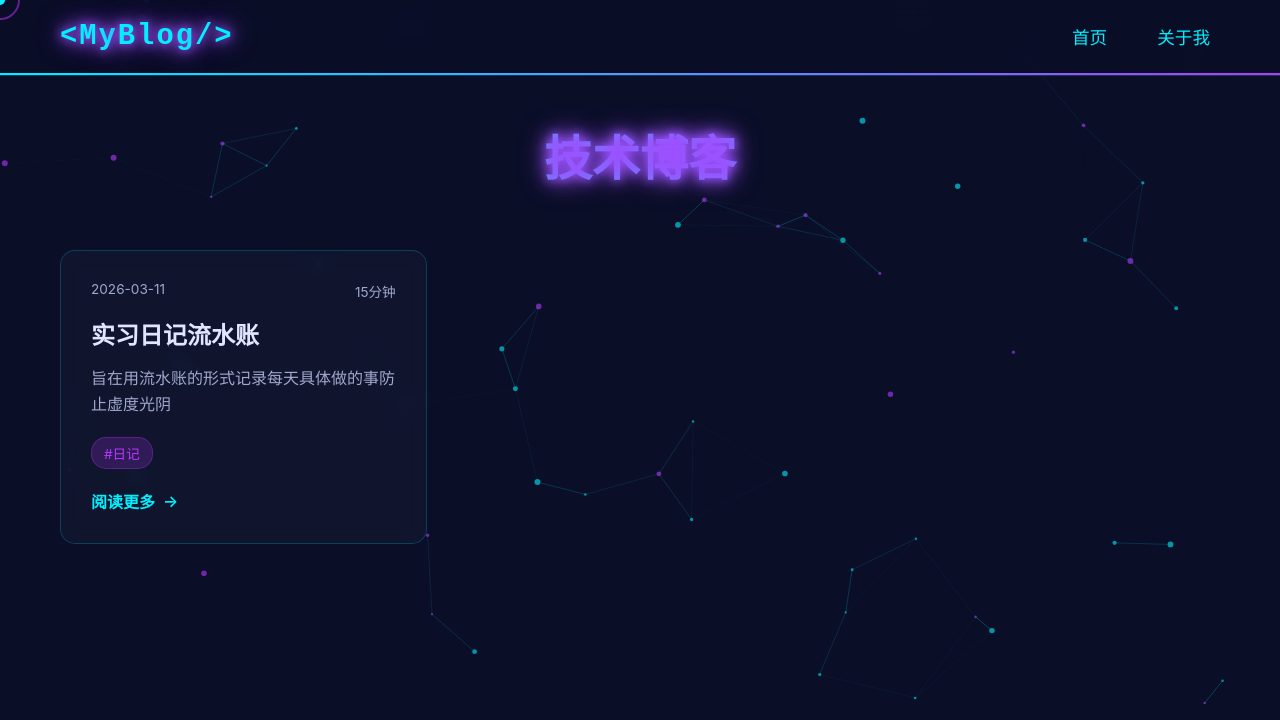
Repository: kyukiho/blog
Page: /
An editor plug-in stored every save of this project. The page is shown before and after the next save, followed by the edit.
The browser window is 1280 px wide. The pictures show the whole page.
The project was rebuilt for these pictures with package versions that can differ from the ones it lists, and the page was loaded fresh each time. Also part of the build but not shown: vite.config.js, src/components/BlogDetail.css, src/components/BlogDetail.jsx, src/components/About.css, src/components/About.jsx.

Above is the page before, as saved 2026-03-15 22:47:59.

### index.html
<!DOCTYPE html>
<html lang="zh-CN">
  <head>
    <meta charset="UTF-8" />
    <link rel="icon" type="image/svg+xml" href="/vite.svg" />
    <meta name="viewport" content="width=device-width, initial-scale=1.0" />
    <title>科技博客 - Tech Blog</title>
  </head>
  <body>
    <div id="root"></div>
    <script type="module" src="/src/main.jsx"></script>
  </body>
</html>

### src/App.jsx
import React, { useState, useEffect } from 'react'
import { BrowserRouter as Router, Routes, Route } from 'react-router-dom'
import { motion } from 'framer-motion'
import Header from './components/Header'
import BlogList from './components/BlogList'
import BlogDetail from './components/BlogDetail'
import About from './components/About'
import ParticleBackground from './components/ParticleBackground'
import MouseFollower from './components/MouseFollower'
import './App.css'

function App() {
  return (
    <Router>
      <div className="app">
        <ParticleBackground />
        <MouseFollower />
        <Header />
        <motion.main
          initial={{ opacity: 0 }}
          animate={{ opacity: 1 }}
          transition={{ duration: 0.5 }}
          className="main-content"
        >
          <Routes>
            <Route path="/" element={<BlogList />} />
            <Route path="/blog/:id" element={<BlogDetail />} />
            <Route path="/about" element={<About />} />
          </Routes>
        </motion.main>
      </div>
    </Router>
  )
}

export default App

### src/index.css
* {
  margin: 0;
  padding: 0;
  box-sizing: border-box;
}

:root {
  --bg-primary: #0a0e27;
  --bg-secondary: #151932;
  --text-primary: #e0e6ff;
  --text-secondary: #a0a8cc;
  --accent-cyan: #00f0ff;
  --accent-purple: #b537ff;
  --accent-pink: #ff006e;
  --gradient-1: linear-gradient(135deg, #00f0ff 0%, #b537ff 100%);
  --gradient-2: linear-gradient(135deg, #b537ff 0%, #ff006e 100%);
}

body {
  font-family: -apple-system, BlinkMacSystemFont, 'Segoe UI', 'Roboto', 'Oxygen',
    'Ubuntu', 'Cantarell', 'Fira Sans', 'Droid Sans', 'Helvetica Neue',
    sans-serif;
  -webkit-font-smoothing: antialiased;
  -moz-osx-font-smoothing: grayscale;
  background-color: var(--bg-primary);
  color: var(--text-primary);
  overflow-x: hidden;
}

code {
  font-family: source-code-pro, Menlo, Monaco, Consolas, 'Courier New',
    monospace;
}

a {
  color: var(--accent-cyan);
  text-decoration: none;
  transition: color 0.3s ease;
}

a:hover {
  color: var(--accent-purple);
}

/* Scrollbar Styling */
::-webkit-scrollbar {
  width: 10px;
}

::-webkit-scrollbar-track {
  background: var(--bg-secondary);
}

::-webkit-scrollbar-thumb {
  background: var(--accent-purple);
  border-radius: 5px;
}

::-webkit-scrollbar-thumb:hover {
  background: var(--accent-cyan);
}

/* Selection */
::selection {
  background: var(--accent-purple);
  color: white;
}

/* Code Highlighting */
.hljs {
  background: var(--bg-secondary) !important;
  padding: 1.5rem !important;
  border-radius: 10px;
  overflow-x: auto;
}

### src/components/Header.jsx
import React from 'react'
import { Link } from 'react-router-dom'
import { motion } from 'framer-motion'
import './Header.css'

const Header = () => {
  return (
    <motion.header
      className="header"
      initial={{ y: -100 }}
      animate={{ y: 0 }}
      transition={{ duration: 0.5, type: 'spring' }}
    >
      <div className="header-content">
        <Link to="/" className="logo">
          <motion.span
            className="logo-text glow"
            whileHover={{ scale: 1.05 }}
            whileTap={{ scale: 0.95 }}
          >
            &lt;My<span className="logo-accent">Blog</span>/&gt;
          </motion.span>
        </Link>
        <nav className="nav">
          <motion.div
            whileHover={{ scale: 1.1 }}
            whileTap={{ scale: 0.9 }}
          >
            <Link to="/" className="nav-link">首页</Link>
          </motion.div>
          <motion.div
            whileHover={{ scale: 1.1 }}
            whileTap={{ scale: 0.9 }}
          >
            <Link to="/about" className="nav-link">关于我</Link>
          </motion.div>
        </nav>
      </div>
      <div className="header-line"></div>
    </motion.header>
  )
}

export default Header

### src/components/BlogList.jsx
import React, { useState, useEffect } from 'react'
import { Link } from 'react-router-dom'
import { motion } from 'framer-motion'
import './BlogList.css'

const BlogList = () => {
  const [blogs, setBlogs] = useState([])

  useEffect(() => {
    // 模拟加载博客列表
    const blogData = [
      {
        id: 'liushuizhang',
        title: '实习日记流水账',
        excerpt: '旨在用流水账的形式记录每天具体做的事防止虚度光阴',
        date: '2026-03-11',
        tags: [ '日记'],
        readTime: '15分钟'
      },
    ]
    setBlogs(blogData)
  }, [])

  const container = {
    hidden: { opacity: 0 },
    show: {
      opacity: 1,
      transition: {
        staggerChildren: 0.2
      }
    }
  }

  const item = {
    hidden: { opacity: 0, y: 20 },
    show: { opacity: 1, y: 0 }
  }

  return (
    <div className="blog-list">
      <motion.h1
        className="page-title glow"
        initial={{ opacity: 0, y: -50 }}
        animate={{ opacity: 1, y: 0 }}
        transition={{ duration: 0.8 }}
      >
        技术博客
      </motion.h1>
      <motion.div
        className="blog-grid"
        variants={container}
        initial="hidden"
        animate="show"
      >
        {blogs.map((blog) => (
          <motion.div
            key={blog.id}
            variants={item}
            whileHover={{ scale: 1.03 }}
            className="blog-card hover-lift"
          >
            <Link to={`/blog/${blog.id}`}>
              <div className="blog-card-header">
                <div className="blog-date">{blog.date}</div>
                <div className="blog-read-time">{blog.readTime}</div>
              </div>
              <h2 className="blog-title">{blog.title}</h2>
              <p className="blog-excerpt">{blog.excerpt}</p>
              <div className="blog-tags">
                {blog.tags.map((tag, index) => (
                  <span key={index} className="tag">#{tag}</span>
                ))}
              </div>
              <div className="read-more">
                阅读更多 <span className="arrow">→</span>
              </div>
            </Link>
          </motion.div>
        ))}
      </motion.div>
    </div>
  )
}

export default BlogList

### src/components/ParticleBackground.jsx
import React, { useEffect, useRef } from 'react'
import './ParticleBackground.css'

const ParticleBackground = () => {
  const canvasRef = useRef(null)

  useEffect(() => {
    const canvas = canvasRef.current
    const ctx = canvas.getContext('2d')
    let animationFrameId
    let particles = []

    // 设置画布大小
    const resizeCanvas = () => {
      canvas.width = window.innerWidth
      canvas.height = window.innerHeight
    }
    resizeCanvas()
    window.addEventListener('resize', resizeCanvas)

    // 粒子类
    class Particle {
      constructor() {
        this.x = Math.random() * canvas.width
        this.y = Math.random() * canvas.height
        this.size = Math.random() * 2 + 1
        this.speedX = Math.random() * 0.5 - 0.25
        this.speedY = Math.random() * 0.5 - 0.25
        this.color = Math.random() > 0.5 ? '#00f0ff' : '#b537ff'
      }

      update() {
        this.x += this.speedX
        this.y += this.speedY

        if (this.x > canvas.width) this.x = 0
        if (this.x < 0) this.x = canvas.width
        if (this.y > canvas.height) this.y = 0
        if (this.y < 0) this.y = canvas.height
      }

      draw() {
        ctx.fillStyle = this.color
        ctx.beginPath()
        ctx.arc(this.x, this.y, this.size, 0, Math.PI * 2)
        ctx.fill()
      }
    }

    // 初始化粒子
    const initParticles = () => {
      particles = []
      const particleCount = Math.floor((canvas.width * canvas.height) / 15000)
      for (let i = 0; i < particleCount; i++) {
        particles.push(new Particle())
      }
    }
    initParticles()

    // 连接粒子
    const connectParticles = () => {
      for (let i = 0; i < particles.length; i++) {
        for (let j = i + 1; j < particles.length; j++) {
          const dx = particles[i].x - particles[j].x
          const dy = particles[i].y - particles[j].y
          const distance = Math.sqrt(dx * dx + dy * dy)

          if (distance < 120) {
            ctx.strokeStyle = `rgba(0, 240, 255, ${1 - distance / 120})`
            ctx.lineWidth = 0.5
            ctx.beginPath()
            ctx.moveTo(particles[i].x, particles[i].y)
            ctx.lineTo(particles[j].x, particles[j].y)
            ctx.stroke()
          }
        }
      }
    }

    // 动画循环
    const animate = () => {
      ctx.clearRect(0, 0, canvas.width, canvas.height)

      particles.forEach(particle => {
        particle.update()
        particle.draw()
      })

      connectParticles()
      animationFrameId = requestAnimationFrame(animate)
    }
    animate()

    return () => {
      window.removeEventListener('resize', resizeCanvas)
      cancelAnimationFrame(animationFrameId)
    }
  }, [])

  return <canvas ref={canvasRef} className="particle-canvas" />
}

export default ParticleBackground

### src/components/MouseFollower.jsx
import React, { useEffect, useRef } from 'react'
import './MouseFollower.css'

const MouseFollower = () => {
  const followerRef = useRef(null)
  const cursorRef = useRef(null)
  const mousePos = useRef({ x: 0, y: 0 })
  const followerPos = useRef({ x: 0, y: 0 })

  useEffect(() => {
    const handleMouseMove = (e) => {
      mousePos.current = { x: e.clientX, y: e.clientY }

      if (cursorRef.current) {
        cursorRef.current.style.left = `${e.clientX}px`
        cursorRef.current.style.top = `${e.clientY}px`
      }
    }

    const animate = () => {
      // 平滑跟随效果
      followerPos.current.x += (mousePos.current.x - followerPos.current.x) * 0.1
      followerPos.current.y += (mousePos.current.y - followerPos.current.y) * 0.1

      if (followerRef.current) {
        followerRef.current.style.left = `${followerPos.current.x}px`
        followerRef.current.style.top = `${followerPos.current.y}px`
      }

      requestAnimationFrame(animate)
    }

    window.addEventListener('mousemove', handleMouseMove)
    animate()

    // 鼠标悬停在可点击元素上时的效果
    const handleMouseEnter = () => {
      if (followerRef.current) {
        followerRef.current.style.transform = 'translate(-50%, -50%) scale(1.5)'
      }
    }

    const handleMouseLeave = () => {
      if (followerRef.current) {
        followerRef.current.style.transform = 'translate(-50%, -50%) scale(1)'
      }
    }

    const clickableElements = document.querySelectorAll('a, button, .blog-card')
    clickableElements.forEach(el => {
      el.addEventListener('mouseenter', handleMouseEnter)
      el.addEventListener('mouseleave', handleMouseLeave)
    })

    return () => {
      window.removeEventListener('mousemove', handleMouseMove)
      clickableElements.forEach(el => {
        el.removeEventListener('mouseenter', handleMouseEnter)
        el.removeEventListener('mouseleave', handleMouseLeave)
      })
    }
  }, [])

  return (
    <>
      <div ref={cursorRef} className="mouse-cursor"></div>
      <div ref={followerRef} className="mouse-follower"></div>
    </>
  )
}

export default MouseFollower

### src/App.css
.app {
  min-height: 100vh;
  position: relative;
}

.main-content {
  position: relative;
  z-index: 10;
  max-width: 1200px;
  margin: 0 auto;
  padding: 100px 20px 50px;
}

/* Glowing effect */
.glow {
  animation: glow 2s ease-in-out infinite alternate;
}

@keyframes glow {
  from {
    text-shadow: 0 0 5px #00f0ff, 0 0 10px #00f0ff, 0 0 15px #00f0ff;
  }
  to {
    text-shadow: 0 0 10px #b537ff, 0 0 20px #b537ff, 0 0 30px #b537ff;
  }
}

/* Hover effects */
.hover-lift {
  transition: transform 0.3s ease, box-shadow 0.3s ease;
}

.hover-lift:hover {
  transform: translateY(-5px);
  box-shadow: 0 10px 30px rgba(181, 55, 255, 0.3);
}

### src/components/Header.css
.header {
  position: fixed;
  top: 0;
  left: 0;
  right: 0;
  z-index: 1000;
  background: rgba(10, 14, 39, 0.8);
  backdrop-filter: blur(10px);
  border-bottom: 1px solid rgba(0, 240, 255, 0.2);
}

.header-content {
  max-width: 1200px;
  margin: 0 auto;
  padding: 20px;
  display: flex;
  justify-content: space-between;
  align-items: center;
}

.logo-text {
  font-size: 1.8rem;
  font-weight: 700;
  font-family: 'Courier New', monospace;
  letter-spacing: 2px;
}

.logo-accent {
  color: var(--accent-cyan);
}

.nav {
  display: flex;
  gap: 30px;
}

.nav-link {
  font-size: 1.1rem;
  font-weight: 500;
  position: relative;
  padding: 5px 10px;
}

.nav-link::after {
  content: '';
  position: absolute;
  bottom: 0;
  left: 0;
  width: 0;
  height: 2px;
  background: var(--gradient-1);
  transition: width 0.3s ease;
}

.nav-link:hover::after {
  width: 100%;
}

.header-line {
  height: 2px;
  background: var(--gradient-1);
  width: 0;
  animation: expandLine 1s ease-out 0.5s forwards;
}

@keyframes expandLine {
  to {
    width: 100%;
  }
}

### src/components/BlogList.css
.blog-list {
  padding: 20px 0;
}

.page-title {
  font-size: 3rem;
  text-align: center;
  margin-bottom: 60px;
  background: var(--gradient-1);
  -webkit-background-clip: text;
  -webkit-text-fill-color: transparent;
  background-clip: text;
}

.blog-grid {
  display: grid;
  grid-template-columns: repeat(auto-fill, minmax(350px, 1fr));
  gap: 30px;
}

.blog-card {
  background: rgba(21, 25, 50, 0.6);
  border-radius: 15px;
  padding: 30px;
  border: 1px solid rgba(0, 240, 255, 0.2);
  backdrop-filter: blur(10px);
  cursor: pointer;
  position: relative;
  overflow: hidden;
}

.blog-card::before {
  content: '';
  position: absolute;
  top: 0;
  left: -100%;
  width: 100%;
  height: 100%;
  background: linear-gradient(90deg, transparent, rgba(0, 240, 255, 0.1), transparent);
  transition: left 0.5s;
}

.blog-card:hover::before {
  left: 100%;
}

.blog-card-header {
  display: flex;
  justify-content: space-between;
  margin-bottom: 15px;
  font-size: 0.85rem;
  color: var(--text-secondary);
}

.blog-title {
  font-size: 1.5rem;
  margin-bottom: 15px;
  color: var(--text-primary);
  transition: color 0.3s;
}

.blog-card:hover .blog-title {
  color: var(--accent-cyan);
}

.blog-excerpt {
  color: var(--text-secondary);
  line-height: 1.6;
  margin-bottom: 20px;
}

.blog-tags {
  display: flex;
  flex-wrap: wrap;
  gap: 10px;
  margin-bottom: 20px;
}

.tag {
  background: rgba(181, 55, 255, 0.2);
  color: var(--accent-purple);
  padding: 5px 12px;
  border-radius: 15px;
  font-size: 0.85rem;
  border: 1px solid rgba(181, 55, 255, 0.3);
}

.read-more {
  color: var(--accent-cyan);
  font-weight: 600;
  display: flex;
  align-items: center;
  gap: 8px;
}

.arrow {
  transition: transform 0.3s;
  display: inline-block;
}

.blog-card:hover .arrow {
  transform: translateX(5px);
}

### src/components/ParticleBackground.css
.particle-canvas {
  position: fixed;
  top: 0;
  left: 0;
  width: 100%;
  height: 100%;
  z-index: 1;
  pointer-events: none;
  opacity: 0.6;
}

### src/components/MouseFollower.css
.mouse-cursor {
  position: fixed;
  width: 10px;
  height: 10px;
  border-radius: 50%;
  background: var(--accent-cyan);
  pointer-events: none;
  z-index: 9999;
  transform: translate(-50%, -50%);
  mix-blend-mode: screen;
  transition: width 0.3s, height 0.3s;
}

.mouse-follower {
  position: fixed;
  width: 40px;
  height: 40px;
  border: 2px solid var(--accent-purple);
  border-radius: 50%;
  pointer-events: none;
  z-index: 9998;
  transform: translate(-50%, -50%);
  transition: transform 0.3s ease;
  opacity: 0.5;
}

/* 隐藏默认光标 */
body,
a,
button,
.blog-card {
  cursor: none !important;
}

Loaded but not shown: src/main.jsx (common file)

After the next save:
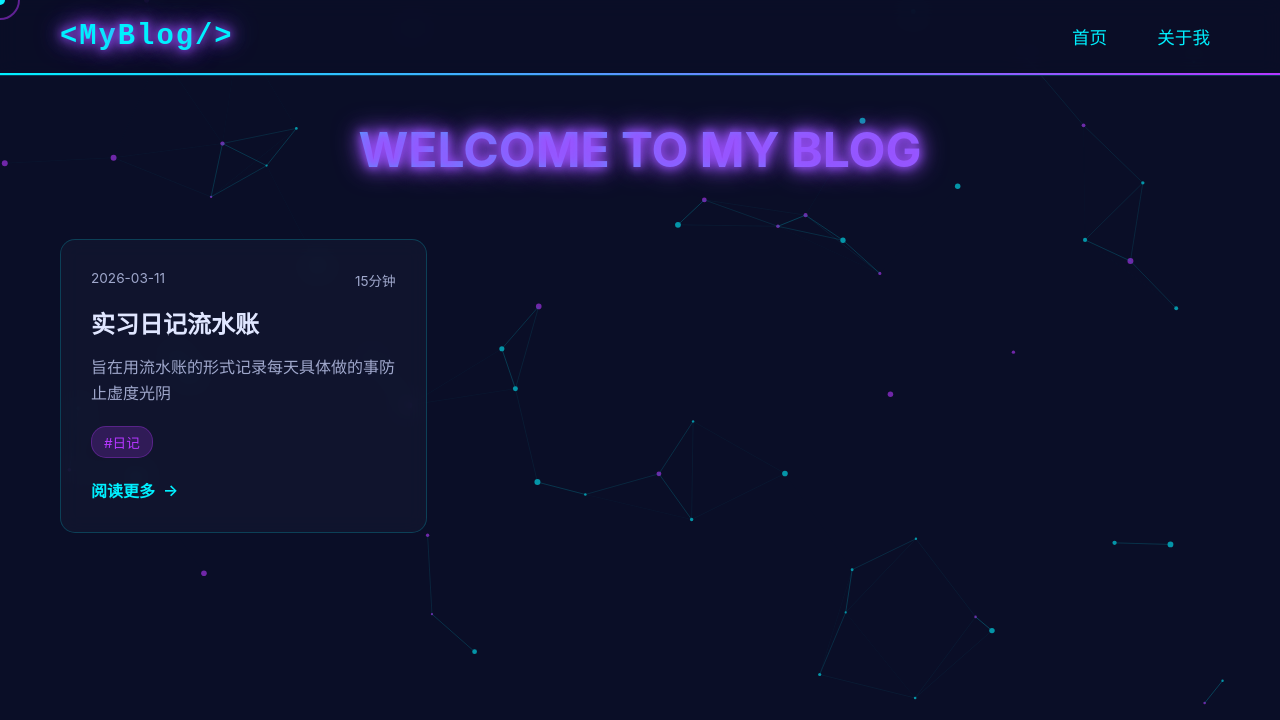
Saved 2 min 46 s later.
--- a/src/components/BlogList.jsx
+++ b/src/components/BlogList.jsx
@@ -44,7 +44,7 @@ const BlogList = () => {
         animate={{ opacity: 1, y: 0 }}
         transition={{ duration: 0.8 }}
       >
-        技术博客
+        WELCOME TO MY BLOG
       </motion.h1>
       <motion.div
         className="blog-grid"
